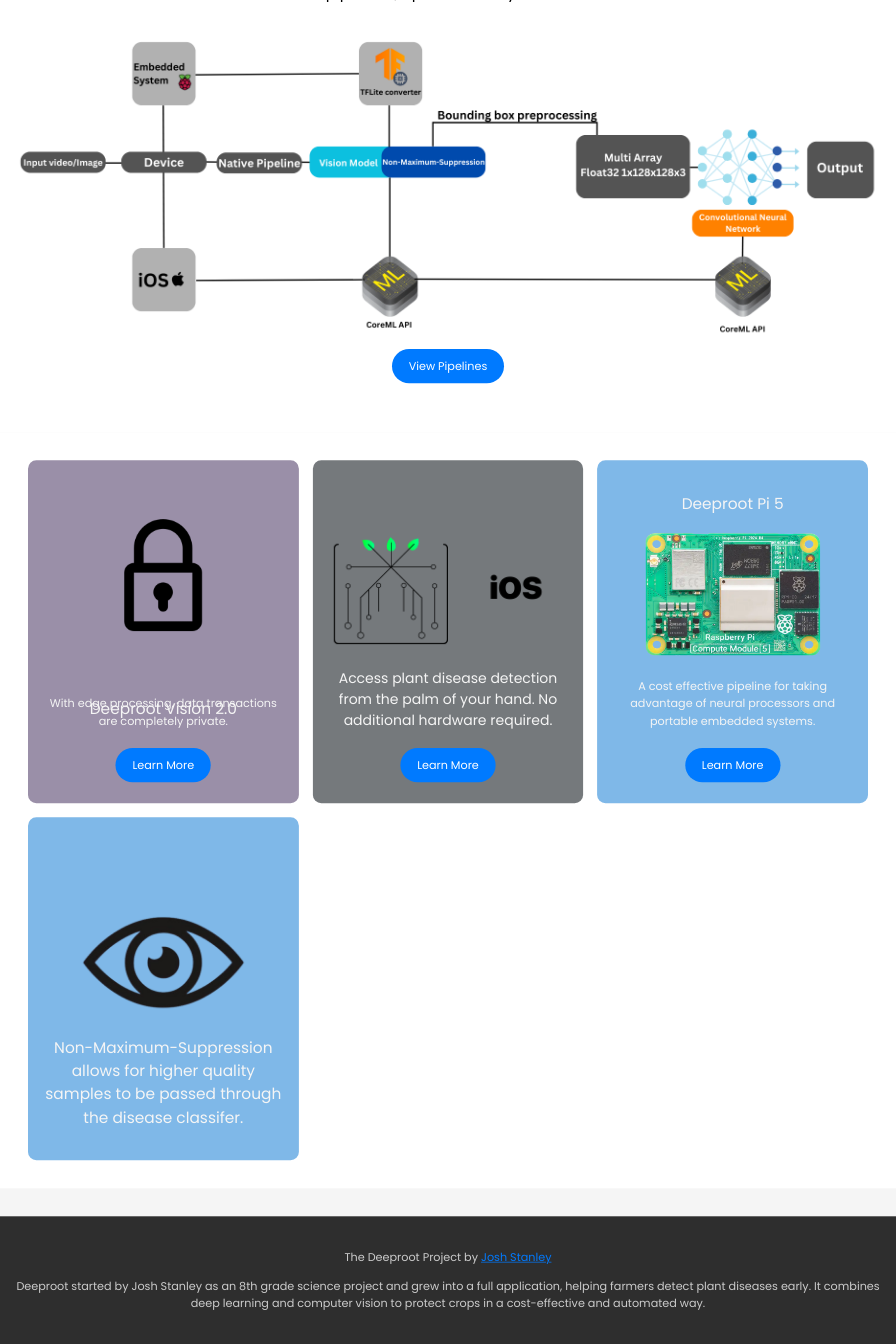
Repository: jss1118/The-Deeproot-Project
Page: Website/index.html
An editor plug-in stored every save of this project. The page is shown before and after the next save, followed by the edit.
The browser window is 1280 px wide. The pictures show the part of the page from y = 1292 to 3212 px (the page is 3212 px tall), at 70% of full size.

Above is the page before, as saved 2025-03-22 06:24:08.

After the next save:
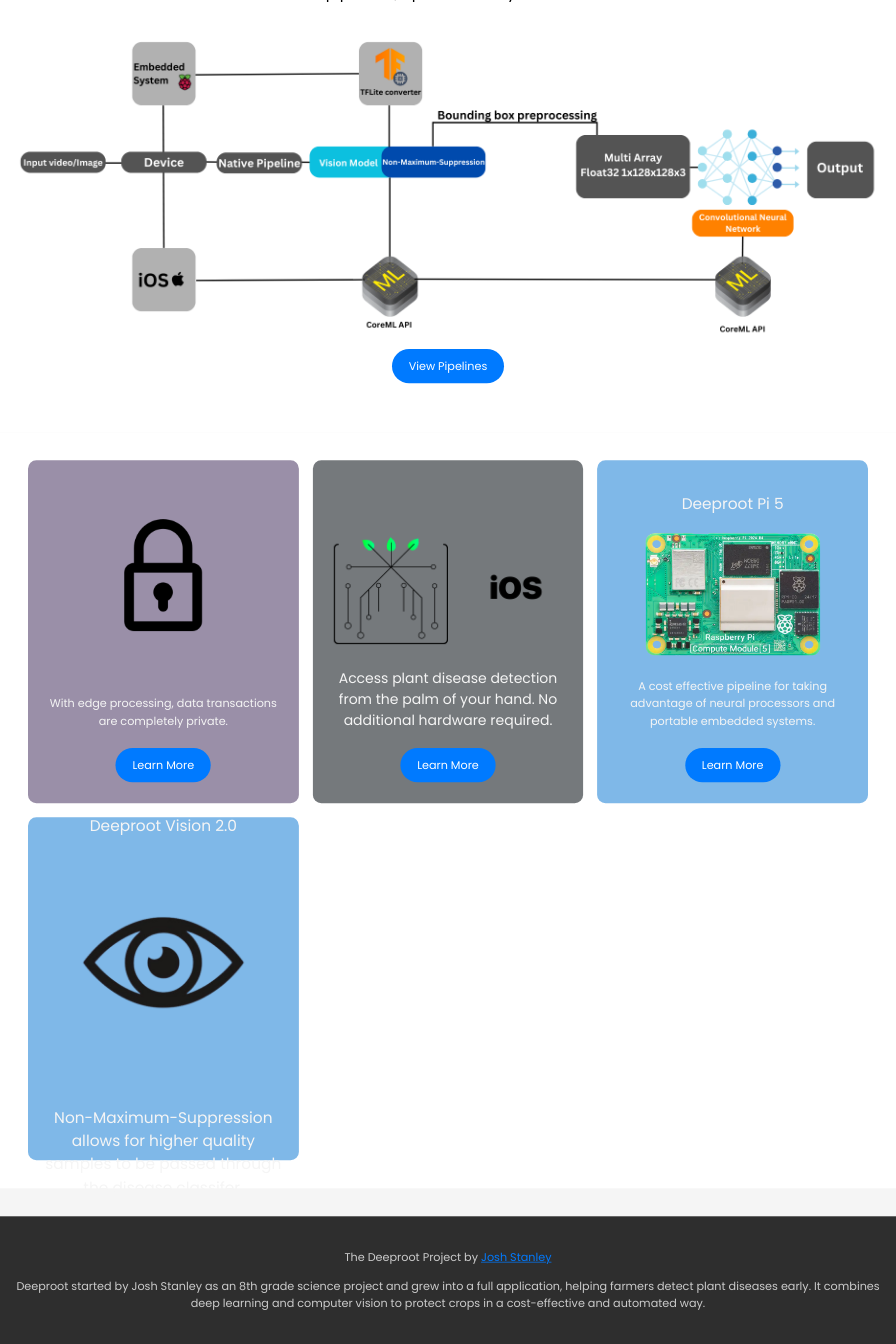
Saved 2 min 55 s later.
--- a/Website/index.html
+++ b/Website/index.html
@@ -202,6 +202,10 @@
       position: relative;
       top: 100px;
     }
+    .promo4 p {
+      position: relative;
+      top: 100px
+    }
 
 
     footer {

After the save that followed:
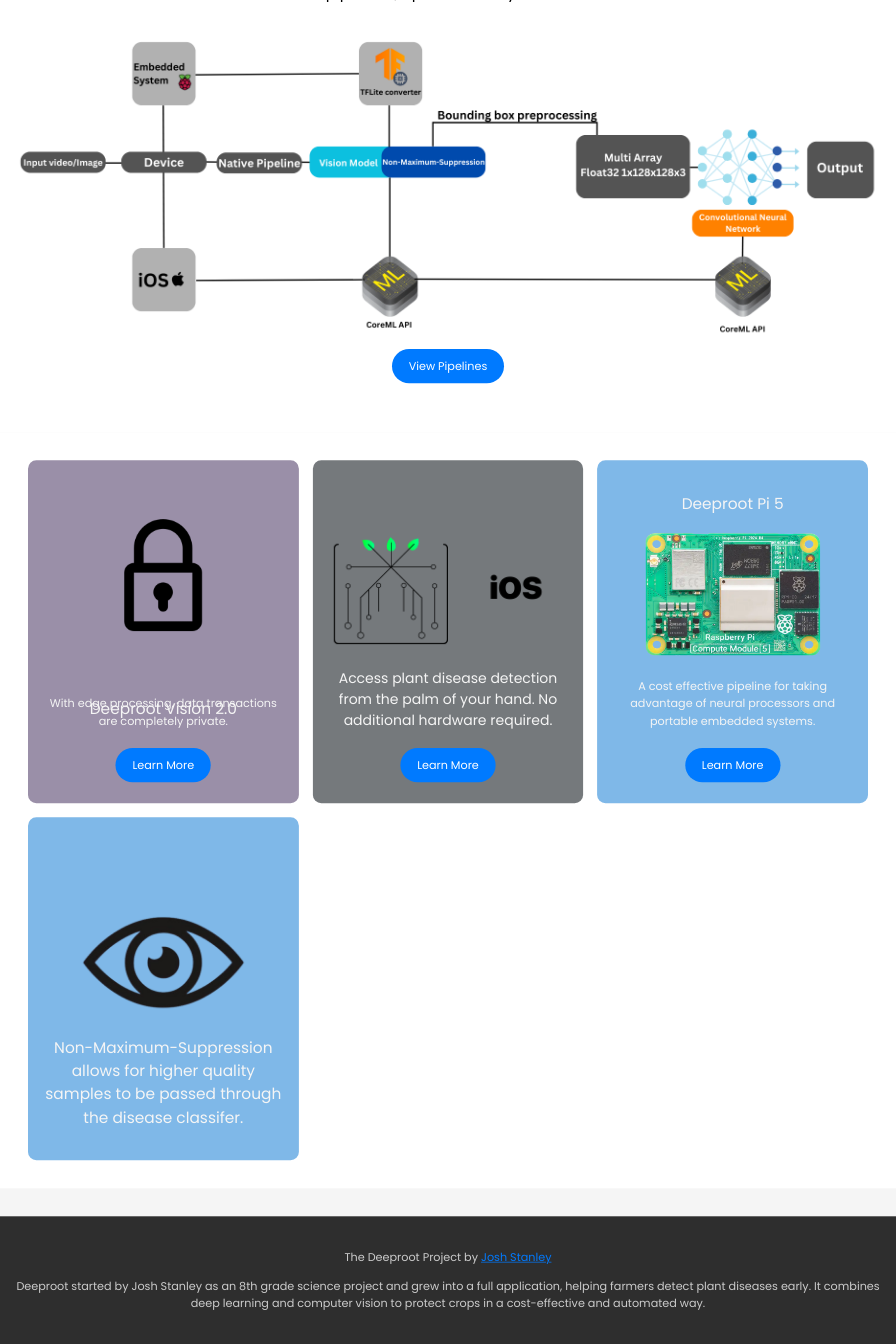
Saved 6 s later.
--- a/Website/index.html
+++ b/Website/index.html
@@ -202,10 +202,7 @@
       position: relative;
       top: 100px;
     }
-    .promo4 p {
-      position: relative;
-      top: 100px
-    }
+
 
 
     footer {
